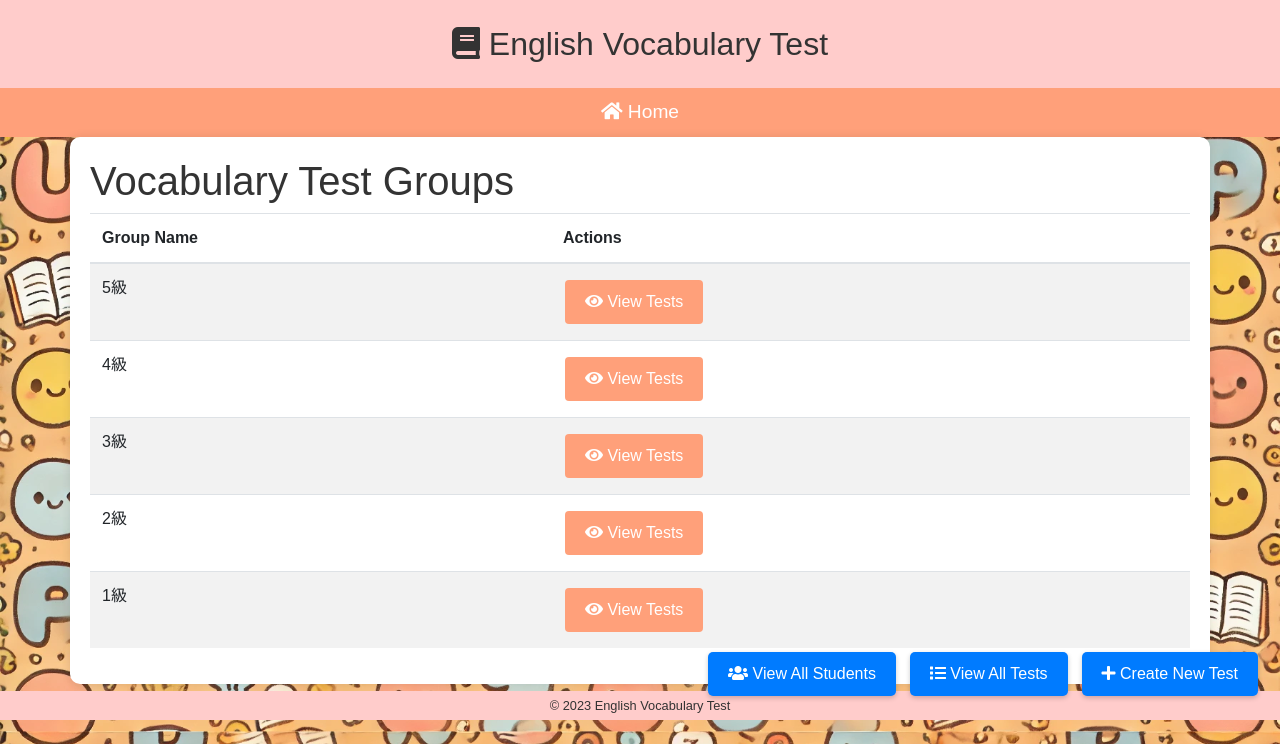
Repository: YamatoGH/testapp
Page: http://localhost/
An editor plug-in stored every save of this project. The page is shown before and after the next save, followed by the edit.
The browser window is 1280 px wide. The pictures show the whole page.
Backgrounds fixed to the window are drawn as part of the page. The page is served by the project's application, run on Django 5.2 (manage.py). Other server files are loaded and not shown. The page reads the database file committed with the project.

Above is the page before, as saved 2024-07-21 11:59:10.

### testapp/templates/testapp/home.html
{% extends "testapp/base.html" %}

{% block title %}Home{% endblock %}

{% block content %}
<h1>Vocabulary Test Groups</h1>
<table class="table table-striped table-hover">
    <thead>
        <tr>
            <th>Group Name</th>
            <th>Actions</th>
        </tr>
    </thead>
    <tbody>
        {% for group in groups %}
        <tr>
            <td>{{ group.name }}</td>
            <td><a href="{% url 'group_tests' group.id %}" class="btn btn-custom"><i class="fas fa-eye"></i> View Tests</a></td>
        </tr>
        {% endfor %}
    </tbody>
</table>

<div class="fixed-buttons">
    <a href="{% url 'student_list' %}" class="btn btn-custom view-all-students-button"><i class="fas fa-users"></i> View All Students</a>
    <a href="{% url 'all_tests' %}" class="btn btn-custom all-tests-button"><i class="fas fa-list"></i> View All Tests</a>
    <a href="{% url 'create_test' %}" class="btn btn-custom create-test-button"><i class="fas fa-plus"></i> Create New Test</a>
</div>

{% endblock %}

### testapp/templates/testapp/base.html
<!DOCTYPE html>
<html>
<head>
    {% load static %}
    <title>{% block title %}English Vocabulary Test{% endblock %}</title>
    <link rel="stylesheet" href="https://stackpath.bootstrapcdn.com/bootstrap/4.3.1/css/bootstrap.min.css">
    <link rel="stylesheet" href="https://cdnjs.cloudflare.com/ajax/libs/font-awesome/5.15.3/css/all.min.css">
    <link rel="stylesheet" type="text/css" href="{% static 'testapp/css/style.css' %}">
</head>
<body>
    <header>
        <i class="fas fa-book"></i> English Vocabulary Test
    </header>
    <nav>
        <a href="{% url 'home' %}"><i class="fas fa-home"></i> Home</a>
    </nav>
    <div class="container">
        {% block content %}{% endblock %}
    </div>
    <footer>
        &copy; 2023 English Vocabulary Test
    </footer>
</body>
<script>
    document.addEventListener("DOMContentLoaded", function() {
        var coll = document.getElementsByClassName("collapsible");
        for (var i = 0; i < coll.length; i++) {
            coll[i].addEventListener("click", function() {
                this.classList.toggle("active");
                var content = this.nextElementSibling;
                if (content.style.display === "block") {
                    content.style.display = "none";
                } else {
                    content.style.display = "block";
                }
            });
        }
    });
</script>
</html>

### testapp/models.py
from django.db import models

class Group(models.Model):
    name = models.CharField(max_length=100)

    def __str__(self):
        return self.name

class Test(models.Model):
    title = models.CharField(max_length=100)
    description = models.TextField(null=True, blank=True)
    words = models.ManyToManyField('Word', blank=True)
    group = models.ForeignKey(Group, on_delete=models.CASCADE, related_name='tests', null=True, blank=True)

    def __str__(self):
        return self.title

class Word(models.Model):
    word = models.CharField(max_length=100)
    meaning = models.CharField(max_length=255)

    def __str__(self):
        return self.word

class Student(models.Model):
    name = models.CharField(max_length=100)

    def __str__(self):
        return f"{self.name} "

### testapp/views.py
import csv
import pandas as pd
from django.shortcuts import render, redirect, get_object_or_404
from django.forms import formset_factory
from .forms import TestForm, WordForm
from .models import Word, Test, Group, Student
import random

def create_test(request):
    WordFormSet = formset_factory(WordForm, extra=1)
    if request.method == 'POST':
        form = TestForm(request.POST, request.FILES)
        formset = WordFormSet(request.POST, prefix='words')
        if form.is_valid() and formset.is_valid():
            test = form.save(commit=False)
            test.save()
            for word_form in formset:
                word = word_form.cleaned_data.get('word')
                meaning = word_form.cleaned_data.get('meaning')
                if word and meaning:
                    word_obj, created = Word.objects.get_or_create(word=word, meaning=meaning)
                    test.words.add(word_obj)
            if 'file' in request.FILES:
                file = request.FILES['file']
                if file.name.endswith('.csv'):
                    reader = csv.reader(file.read().decode('utf-8').splitlines())
                    for row in reader:
                        if len(row) == 2:
                            word, meaning = row
                            word_obj, created = Word.objects.get_or_create(word=word.strip(), meaning=meaning.strip())
                            test.words.add(word_obj)
                elif file.name.endswith('.xlsx'):
                    df = pd.read_excel(file)
                    for _, row in df.iterrows():
                        if len(row) >= 2:
                            word, meaning = row[0], row[1]
                            word_obj, created = Word.objects.get_or_create(word=word.strip(), meaning=meaning.strip())
                            test.words.add(word_obj)
            return redirect('home')
    else:
        form = TestForm()
        formset = WordFormSet(prefix='words')
    return render(request, 'testapp/create_test.html', {'form': form, 'formset': formset})

def all_tests(request):
    tests = Test.objects.all()
    return render(request, 'testapp/all_tests.html', {'tests': tests})

def group_tests(request, group_id):
    group = get_object_or_404(Group, id=group_id)
    tests = group.tests.all()  # 'tests' は 'related_name' に基づく
    return render(request, 'testapp/group_tests.html', {'group': group, 'tests': tests})

def home(request):
    groups = Group.objects.all()
    return render(request, 'testapp/home.html', {'groups': groups})

def test_detail(request, test_id):
    test = get_object_or_404(Test, id=test_id)
    words = test.words.all()
    return render(request, 'testapp/test_detail.html', {'test': test, 'words': words})

def print_test(request, test_id, start_index, end_index, shuffle):
    test = get_object_or_404(Test, id=test_id)
    words = list(test.words.all())
    if shuffle == 'yes':
        random.shuffle(words)
    words = words[start_index:end_index]
    return render(request, 'testapp/print_test.html', {'test': test, 'words': words})

def print_test_with_answers(request, test_id, start_index, end_index, shuffle):
    test = get_object_or_404(Test, id=test_id)
    words = list(test.words.all())
    if shuffle == 'yes':
        random.shuffle(words)
    words = words[start_index:end_index]
    return render(request, 'testapp/print_test_with_answers.html', {'test': test, 'words': words})

def student_list(request):
    students = Student.objects.all()
    return render(request, 'testapp/student_list.html', {'students': students})

### vocab_test/urls.py
"""
URL configuration for vocab_test project.

The `urlpatterns` list routes URLs to views. For more information please see:
    https://docs.djangoproject.com/en/5.0/topics/http/urls/
Examples:
Function views
    1. Add an import:  from my_app import views
    2. Add a URL to urlpatterns:  path('', views.home, name='home')
Class-based views
    1. Add an import:  from other_app.views import Home
    2. Add a URL to urlpatterns:  path('', Home.as_view(), name='home')
Including another URLconf
    1. Import the include() function: from django.urls import include, path
    2. Add a URL to urlpatterns:  path('blog/', include('blog.urls'))
"""
from django.contrib import admin
from django.urls import include, path

urlpatterns = [
    path('admin/', admin.site.urls),
    path('', include('testapp.urls')),
]

### testapp/urls.py
from django.conf import settings
from django.conf.urls.static import static
from django.urls import path
from . import views

urlpatterns = [
    path('', views.home, name='home'),
    path('test/<int:test_id>/', views.test_detail, name='test_detail'),
    path('print-test/<int:test_id>/<int:start_index>/<int:end_index>/<str:shuffle>/', views.print_test, name='print_test'),
    path('print-test-with-answers/<int:test_id>/<int:start_index>/<int:end_index>/<str:shuffle>/', views.print_test_with_answers, name='print_test_with_answers'),
    path('create-test/', views.create_test, name='create_test'),
    path('group-tests/<int:group_id>/', views.group_tests, name='group_tests'),
    path('all-tests/', views.all_tests, name='all_tests'),
    path('students/', views.student_list, name='student_list'),
]

if settings.DEBUG:
    urlpatterns += static(settings.STATIC_URL, document_root=settings.STATIC_ROOT)

### testapp/static/testapp/css/style.css
body {
    font-family: 'Comic Sans MS', cursive, sans-serif;
    background-color: #f0f8ff;
    color: #333;
    margin: 0;
    padding: 0;
    background-image: url('/static/testapp/images/background.jpg'); /* ここに背景画像のURLを入力 */
    background-size: cover;
    background-repeat: no-repeat;
    background-attachment: fixed; /* 背景画像を固定 */
    display: flex;
    flex-direction: column;
    min-height: 100vh;
}

header {
    background-color: #ffcccb;
    padding: 20px;
    text-align: center;
    font-size: 2em;
    color: #333;
}

nav {
    background-color: #ffa07a;
    padding: 10px;
    text-align: center;
}

nav a {
    margin: 0 15px;
    color: #fff;
    text-decoration: none;
    font-size: 1.2em;
}

nav a:hover {
    text-decoration: underline;
}

.container {
    flex: 1;  /* Main content will take all available space */
    padding: 20px;
    background-color: rgba(255, 255, 255, 1.0);
    border-radius: 10px;
    box-shadow: 0 0 10px rgba(0, 0, 0, 0.1);
    margin-bottom: 60px;  /* Add some space at the bottom to avoid overlap with the footer */
}

footer {
    background-color: #ffcccb;
    padding: 5px;  /* Adjusted padding */
    text-align: center;
    font-size: 0.8em;  /* Adjusted font size */
    position: fixed;
    width: 100%;
    bottom: 0;
}

.btn-custom {
    background-color: #ffa07a;
    border: none;
    color: white;
    padding: 10px 20px;
    text-align: center;
    text-decoration: none;
    display: inline-block;
    font-size: 16px;
    margin: 4px 2px;
    transition-duration: 0.4s;
    cursor: pointer;
}

.btn-custom:hover {
    background-color: white;
    color: black;
    border: 2px solid #ffa07a;
}

.collapsible {
    cursor: pointer;
    padding: 10px;
    width: 100%;
    border: none;
    text-align: center;
    outline: none;
    font-size: 1em;
}

.active, .collapsible:hover {
    background-color: #ddd;
}

.collapsible-content {
    display: none;
    overflow: hidden;
    padding: 0 10px;
}

.fixed-buttons {
    position: fixed !important;
    bottom: 20px !important;
    right: 20px !important;
    display: flex !important;
    flex-direction: row !important;
    gap: 10px !important;
    align-items: center !important;
    z-index: 1000 !important;  /* Ensure buttons are above other content */
}

.fixed-buttons .btn-custom {
    background-color: #007bff !important;
    color: white !important;
    padding: 10px 20px !important;
    border-radius: 5px !important;
    text-decoration: none !important;
    box-shadow: 0 2px 5px rgba(0,0,0,0.2) !important;
    transition: background-color 0.3s ease !important;
}

.fixed-buttons .btn-custom:hover {
    background-color: #0056b3 !important;
}

### db.sqlite3 (the tables this page reads, as SQL)
CREATE TABLE "testapp_group" ("id" integer NOT NULL PRIMARY KEY AUTOINCREMENT, "name" varchar(100) NOT NULL);
INSERT INTO "testapp_group" VALUES
(3, '5級'),
(5, '4級'),
(6, '3級'),
(7, '2級'),
(8, '1級');

After the next save:
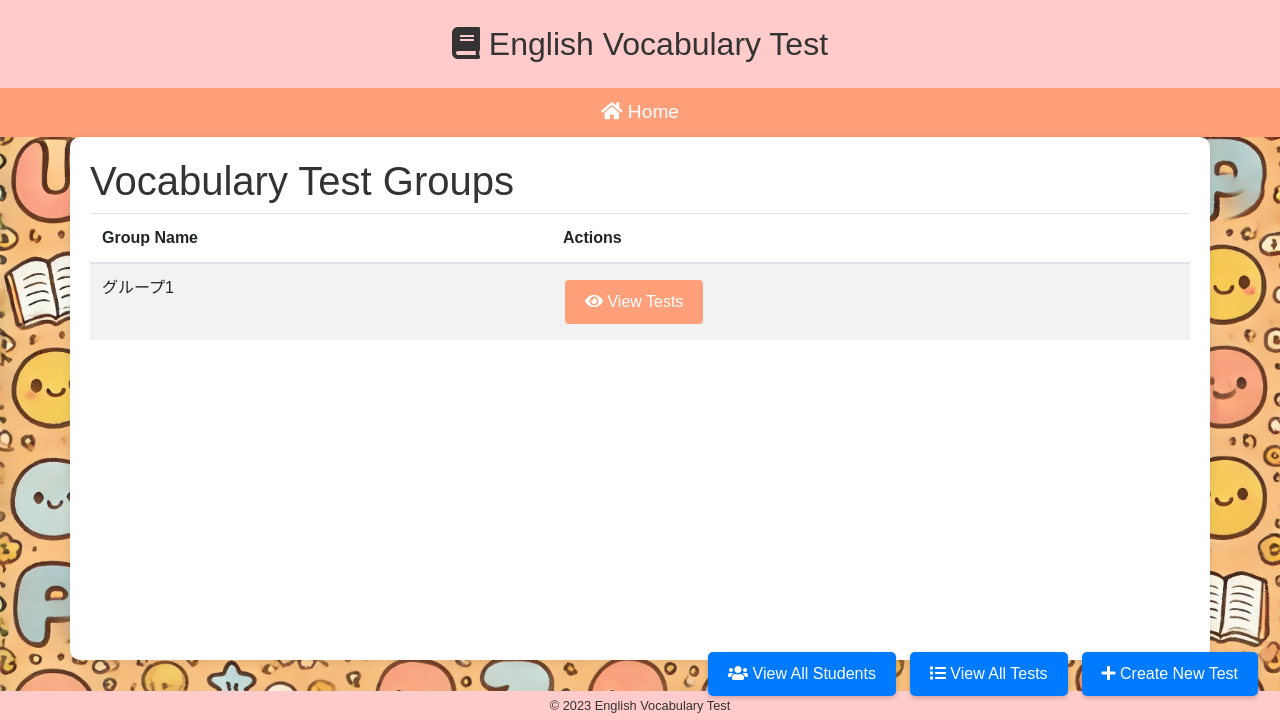
Saved 4 min 18 s later.
--- a/testapp/templates/testapp/home.html
+++ b/testapp/templates/testapp/home.html
@@ -1,30 +1,43 @@
-{% extends "testapp/base.html" %}
+<!DOCTYPE html>
+<html>
+<head>
+    <title>Home</title>
+    <link rel="stylesheet" href="https://stackpath.bootstrapcdn.com/bootstrap/4.3.1/css/bootstrap.min.css">
+    <link rel="stylesheet" href="https://cdnjs.cloudflare.com/ajax/libs/font-awesome/5.15.3/css/all.min.css">
+    <link rel="stylesheet" type="text/css" href="/static/testapp/css/style.css">
+</head>
+<body>
+    <header>
+        <i class="fas fa-book"></i> English Vocabulary Test
+    </header>
+    <nav>
+        <a href="/"><i class="fas fa-home"></i> Home</a>
+    </nav>
+    <div class="container">
+        <h1>Vocabulary Test Groups</h1>
+        <table class="table table-striped table-hover">
+            <thead>
+                <tr>
+                    <th>Group Name</th>
+                    <th>Actions</th>
+                </tr>
+            </thead>
+            <tbody>
+                <tr>
+                    <td>グループ1</td>
+                    <td><a href="/group-tests/1/" class="btn btn-custom"><i class="fas fa-eye"></i> View Tests</a></td>
+                </tr>
+            </tbody>
+        </table>
 
-{% block title %}Home{% endblock %}
-
-{% block content %}
-<h1>Vocabulary Test Groups</h1>
-<table class="table table-striped table-hover">
-    <thead>
-        <tr>
-            <th>Group Name</th>
-            <th>Actions</th>
-        </tr>
-    </thead>
-    <tbody>
-        {% for group in groups %}
-        <tr>
-            <td>{{ group.name }}</td>
-            <td><a href="{% url 'group_tests' group.id %}" class="btn btn-custom"><i class="fas fa-eye"></i> View Tests</a></td>
-        </tr>
-        {% endfor %}
-    </tbody>
-</table>
-
-<div class="fixed-buttons">
-    <a href="{% url 'student_list' %}" class="btn btn-custom view-all-students-button"><i class="fas fa-users"></i> View All Students</a>
-    <a href="{% url 'all_tests' %}" class="btn btn-custom all-tests-button"><i class="fas fa-list"></i> View All Tests</a>
-    <a href="{% url 'create_test' %}" class="btn btn-custom create-test-button"><i class="fas fa-plus"></i> Create New Test</a>
-</div>
-
-{% endblock %}
+        <div class="fixed-buttons">
+            <a href="/students/" class="btn btn-custom view-all-students-button"><i class="fas fa-users"></i> View All Students</a>
+            <a href="/all-tests/" class="btn btn-custom all-tests-button"><i class="fas fa-list"></i> View All Tests</a>
+            <a href="/create-test/" class="btn btn-custom create-test-button"><i class="fas fa-plus"></i> Create New Test</a>
+        </div>
+    </div>
+    <footer>
+        © 2023 English Vocabulary Test
+    </footer>
+</body>
+</html>
